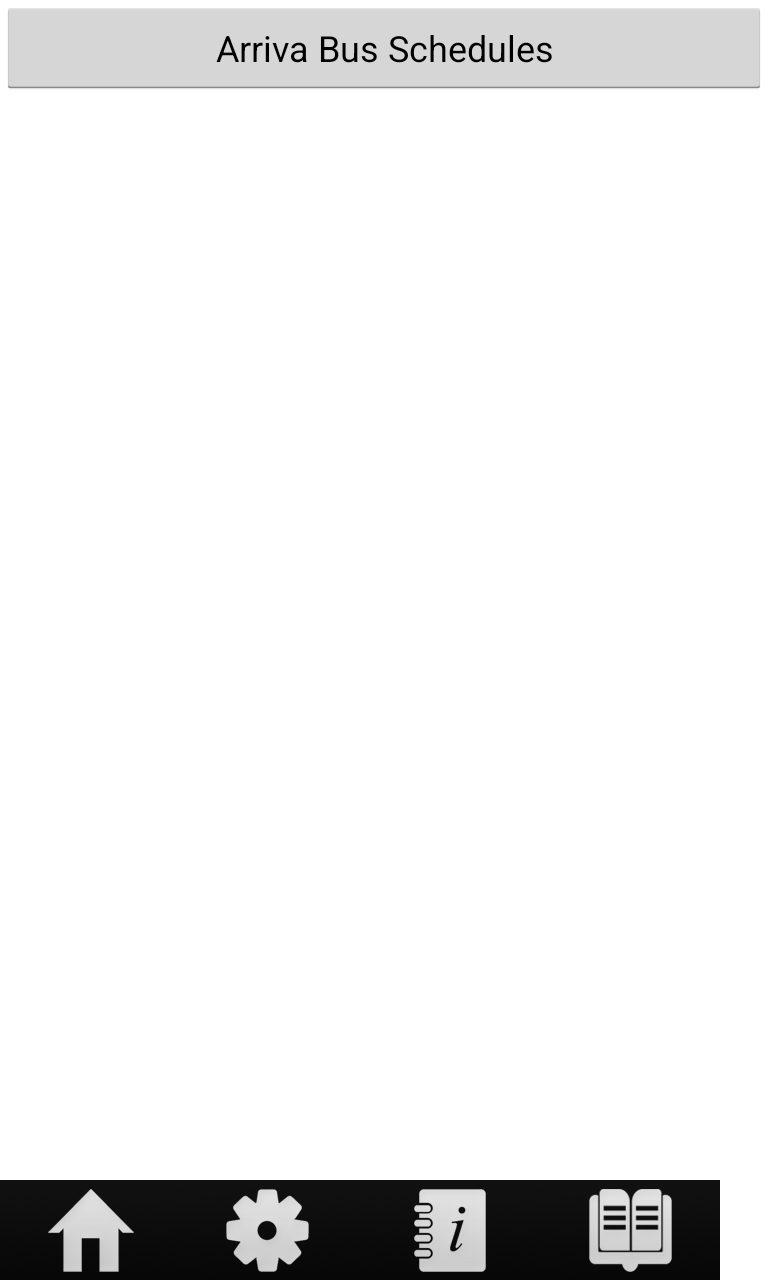
Repository: jo3bolton/PIKJEJ
Layout: PIKJEJ v7/PIKJEJ/res/layout/activity_alt_travel.xml
An editor plug-in stored every save of this project. The layout is shown before and after the next save, followed by the edit.
It is drawn on a 768 x 1280 px phone screen (xhdpi) without system bars, with theme AppTheme; the app's code is not run.

Above is the layout before, as saved 2013-03-23 14:50:47.

### PIKJEJ v7/PIKJEJ/res/layout/activity_alt_travel.xml
<RelativeLayout xmlns:android="http://schemas.android.com/apk/res/android"
    xmlns:tools="http://schemas.android.com/tools"
    android:id="@+id/map"
    android:layout_width="match_parent"
    android:layout_height="match_parent"
    android:screenOrientation="portrait"
    tools:context=".AltTravel" >

     <ImageButton
         android:id="@+id/home"
         android:layout_width="wrap_content"
         android:layout_height="wrap_content"
         android:layout_alignParentBottom="true"
         android:layout_alignParentLeft="true"
         android:background="@drawable/ic_tab_home_unselected"
         android:contentDescription="@string/title_activity_home"
         android:onClick="Home" />

    <ImageButton
        android:id="@+id/settings"
        android:layout_width="wrap_content"
        android:layout_height="wrap_content"
        android:layout_alignParentBottom="true"
        android:layout_toRightOf="@+id/home"
        android:background="@drawable/ic_tab_settings_unselected"
        android:contentDescription="@string/title_activity_settings"
        android:onClick="Settings" />

    <ImageButton
        android:id="@+id/about"
        android:layout_width="wrap_content"
        android:layout_height="wrap_content"
        android:layout_alignParentBottom="true"
        android:layout_toRightOf="@+id/settings"
        android:background="@drawable/ic_tab_about_unselected"
        android:contentDescription="@string/title_activity_about"
        android:onClick="About" />

    <ImageButton
        android:id="@+id/userguide"
        android:layout_width="wrap_content"
        android:layout_height="wrap_content"
        android:layout_alignParentBottom="true"
        android:layout_toRightOf="@+id/about"
        android:background="@drawable/ic_tab_userguide_unselected"
        android:contentDescription="@string/title_activity_userguide"
        android:onClick="Userguide" />

	<ScrollView
    android:id="@+id/ScrollView1"
    android:layout_width="wrap_content"
    android:layout_height="wrap_content"
    android:layout_alignParentLeft="true"
    android:layout_alignParentTop="true"
    android:layout_marginTop="82dp" >

</ScrollView>

	<Button
	    android:id="@+id/arrivaButton1"
	    android:layout_width="wrap_content"
	    android:layout_height="wrap_content"
	    android:layout_alignParentLeft="true"
	    android:layout_alignParentRight="true"
	    android:layout_alignParentTop="true"
	    android:contentDescription="@string/alt_travel_arriva"
	    android:onClick="Arriva"
	    android:text="@string/alt_travel_arriva" />

</RelativeLayout>

### PIKJEJ v7/PIKJEJ/res/values/strings.xml
<?xml version="1.0" encoding="utf-8"?>
<resources>

    <string name="app_name">PIKJEJ</string>
    <string name="action_settings">Settings</string>
    <string name="hello_world">Hello world!</string>
    <string name="title_activity_about">About</string>
    <string name="title_activity_alt_travel">AltTravel</string>
    <string name="title_activity_userguide">Userguide</string>
    <string name="title_activity_schedule">Schedule</string>
    <string name="title_activity_settings">Settings</string>
    <string name="title_activity_predictor">Predictor</string>
    <string name="title_activity_terms">Terms</string>
    <string name="title_activity_splash">Splash</string>
    <string name="title_activity_home">Home</string>
    <string name="Clock">DigitalClock</string><string name="page_about"><b>The PIKJEJ Application was created by the PIKJEJ development team.</b> \n \n <b> Project Leader:</b> \n Joseph Bolton \n\n <b>Team Members:</b> \n Ethan Tsang \n James Cassidy \n Peter Fletcher \n Ian Cannon \n  Kyle Ryan \n\n PIKJEJ Car Park Application \n Version 7.1 \n Copyright 2013 PIKJEJ \n\n Map facilities provided by Google Maps \n\n </string>
    <string name="alt_travel_arriva">Arriva Bus Schedules</string>


</resources>

Loaded but not shown: PIKJEJ v7/PIKJEJ/res/values/styles.xml (common file); PIKJEJ v7/PIKJEJ/res/values-v11/styles.xml (common file); PIKJEJ v7/PIKJEJ/res/values-v14/styles.xml (common file)

After the next save:
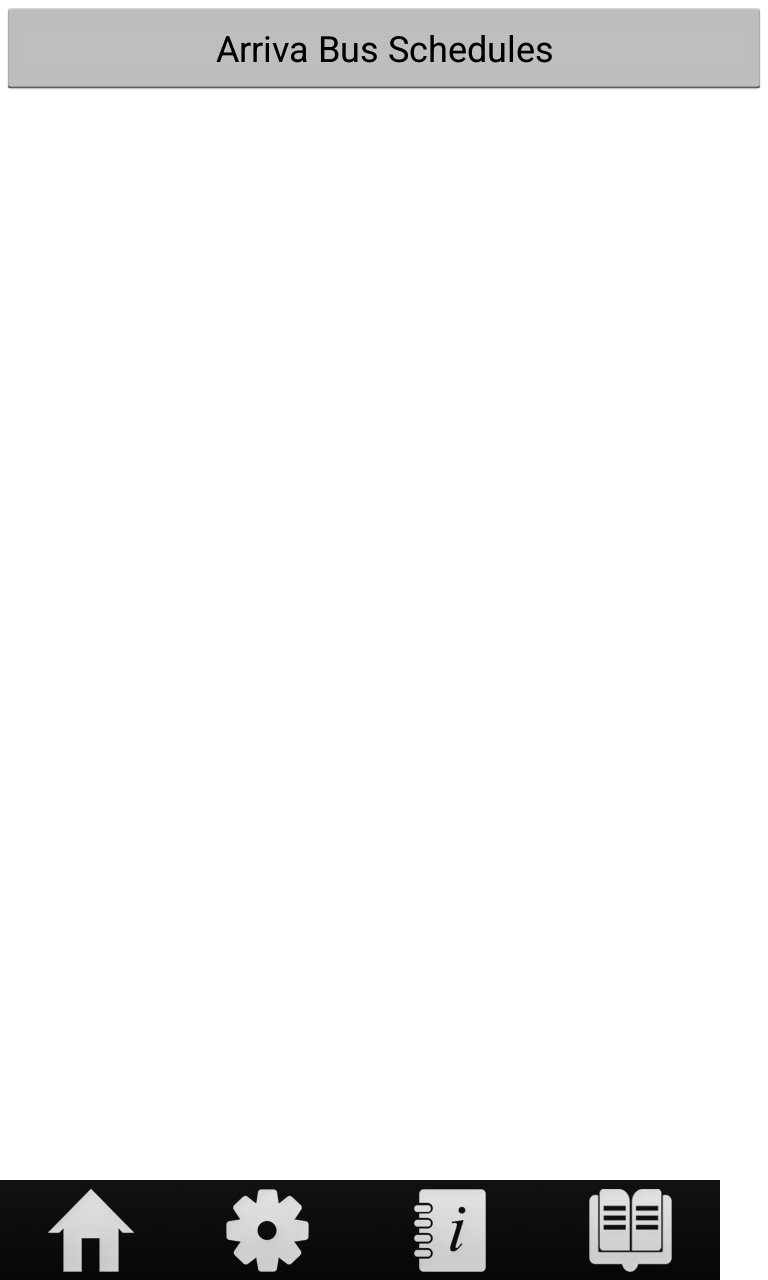
Saved 10 min 10 s later.
--- a/PIKJEJ v7/PIKJEJ/res/layout/activity_alt_travel.xml
+++ b/PIKJEJ v7/PIKJEJ/res/layout/activity_alt_travel.xml
@@ -55,7 +55,16 @@
     android:layout_marginTop="82dp" >
 
 </ScrollView>
-
+	<Button
+	    android:id="@+id/MerseyRailButton1"
+	    android:layout_width="wrap_content"
+	    android:layout_height="wrap_content"
+	    android:layout_alignParentLeft="true"
+	    android:layout_alignParentRight="true"
+	    android:layout_alignParentTop="true"
+	    android:contentDescription="@string/alt_travel_arriva"
+	    android:onClick="Arriva"
+	    android:text="@string/alt_travel_arriva" />
 	<Button
 	    android:id="@+id/arrivaButton1"
 	    android:layout_width="wrap_content"
